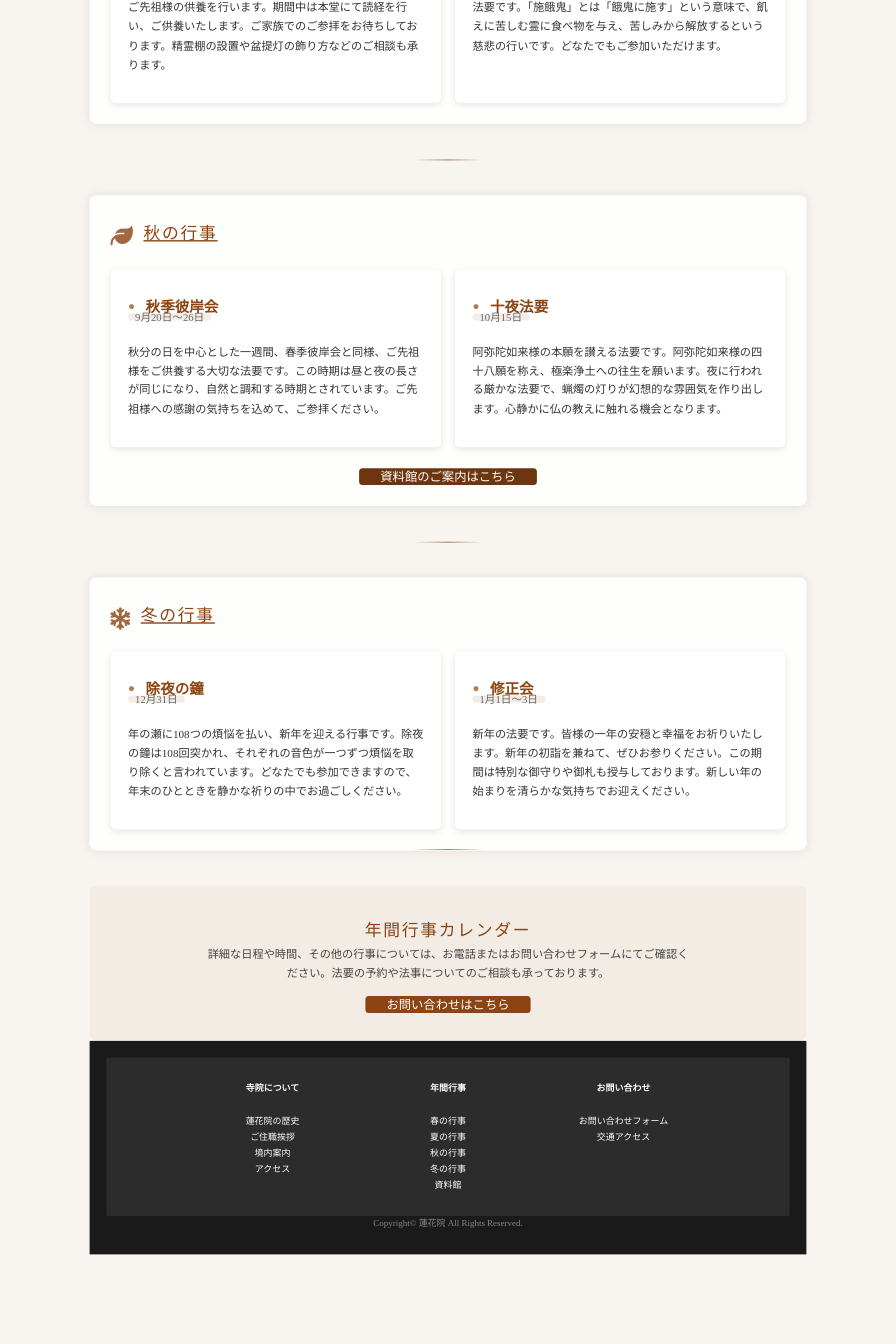
Repository: owl-onoueip/rengein-website
Page: events.html
An editor plug-in stored every save of this project. The page is shown before and after the next save, followed by the edit.
The browser window is 1280 px wide. The pictures show the part of the page from y = 1340 to 3260 px (the page is 3260 px tall before and 3209 px after), at 70% of full size.
Some web fonts or font styles are not loaded; a fallback is used.

Above is the page before, as saved 2025-03-10 10:52:51.

After the next save:
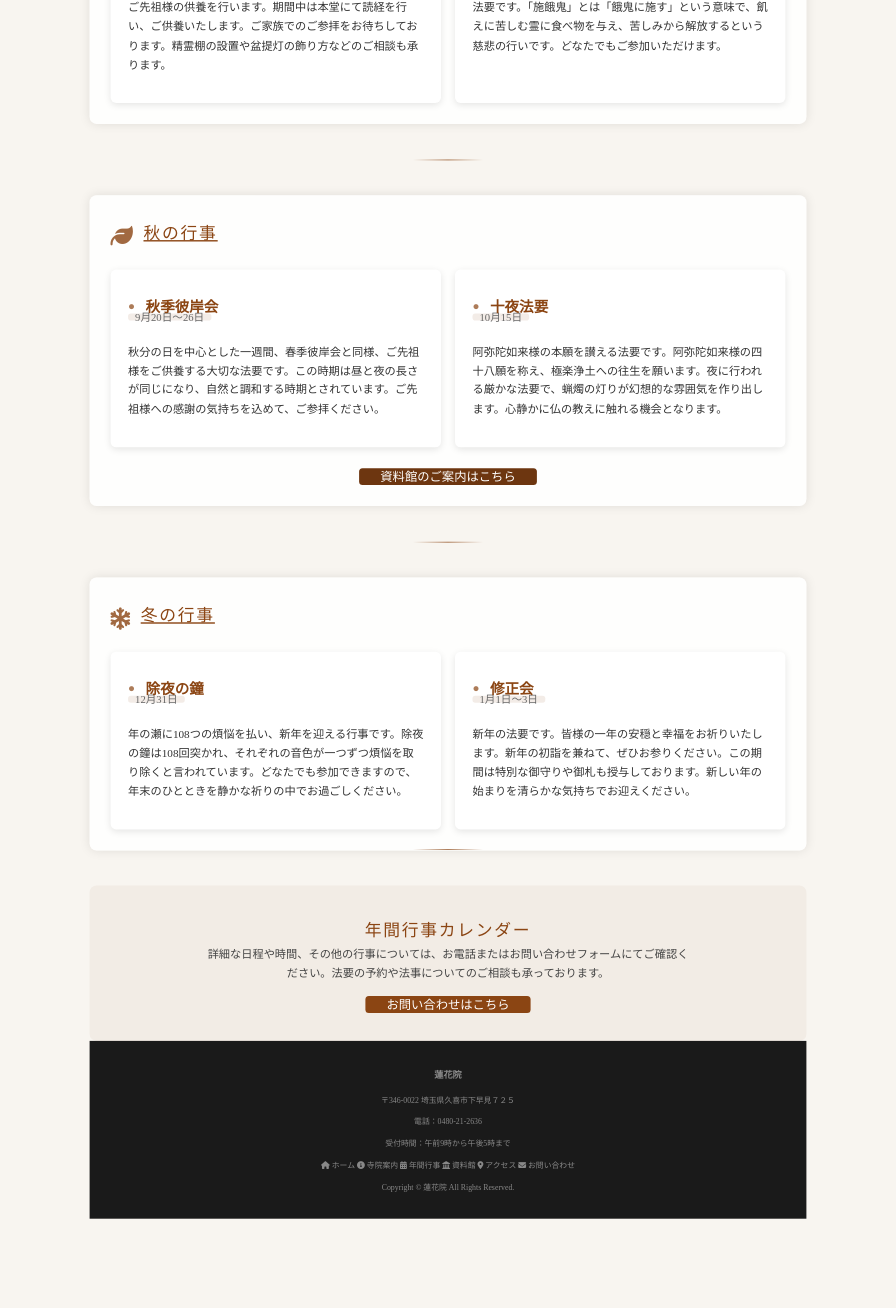
Saved 6 min 7 s later.
--- a/events.html
+++ b/events.html
@@ -334,29 +334,31 @@
         </div>
 
         <footer>
-            <div id="footermenu">
-                <ul>
-                    <li class="title">寺院について</li>
-                    <li><a href="about.html#history">蓮花院の歴史</a></li>
-                    <li><a href="about.html#message">ご住職挨拶</a></li>
-                    <li><a href="about.html#temple-grounds">境内案内</a></li>
-                    <li><a href="about.html#access">アクセス</a></li>
-                </ul>
-                <ul>
-                    <li class="title">年間行事</li>
-                    <li><a href="#spring">春の行事</a></li>
-                    <li><a href="#summer">夏の行事</a></li>
-                    <li><a href="#autumn">秋の行事</a></li>
-                    <li><a href="#winter">冬の行事</a></li>
-                    <li><a href="museum.html">資料館</a></li>
-                </ul>
-                <ul>
-                    <li class="title">お問い合わせ</li>
-                    <li><a href="contact.html#form">お問い合わせフォーム</a></li>
-                    <li><a href="contact.html#access">交通アクセス</a></li>
-                </ul>
+            <div class="container">
+                <div class="footer-content">
+                    <div class="footer-info">
+                        <h3 class="footer-title">蓮花院</h3>
+                        <div class="footer-address">
+                            <p>〒346-0022 埼玉県久喜市下早見７２５</p>
+                            <p>電話：0480-21-2636</p>
+                            <p>受付時間：午前9時から午後5時まで</p>
+                        </div>
+                    </div>
+
+                    <div class="footer-links">
+                        <a href="index.html"><i class="fas fa-home"></i> ホーム</a>
+                        <a href="about.html"><i class="fas fa-info-circle"></i> 寺院案内</a>
+                        <a href="events.html"><i class="fas fa-calendar-alt"></i> 年間行事</a>
+                        <a href="museum.html"><i class="fas fa-landmark"></i> 資料館</a>
+                        <a href="about.html#access"><i class="fas fa-map-marker-alt"></i> アクセス</a>
+                        <a href="contact.html"><i class="fas fa-envelope"></i> お問い合わせ</a>
+                    </div>
+                </div>
+
+                <div class="footer-copyright">
+                    <p>Copyright &copy; <a href="index.html">蓮花院</a> All Rights Reserved.</p>
+                </div>
             </div>
-            <small>Copyright&copy; <a href="index.html">蓮花院</a> All Rights Reserved.</small>
         </footer>
 
         <div class="pagetop"><a href="#"><i class="fas fa-angle-double-up"></i></a></div>
